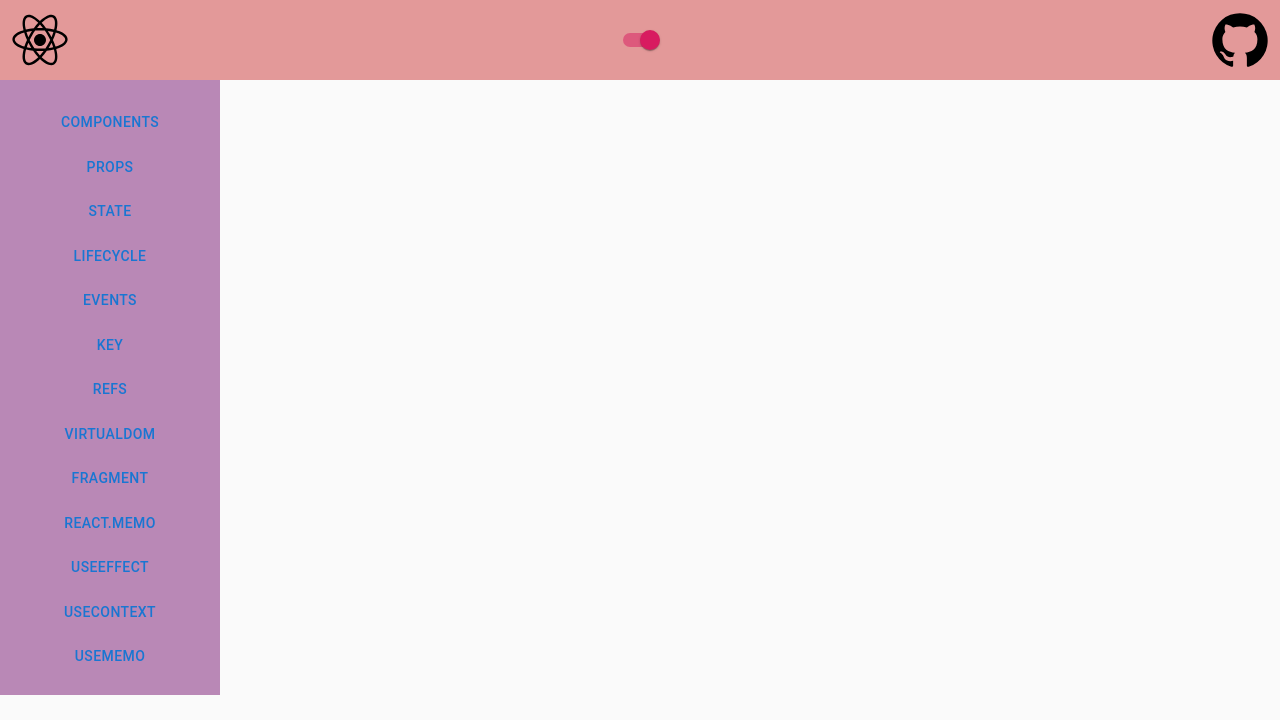
Repository: savannaaaas/reactDocumentation
Page: /topic
These files come from the project's save history. The page is drawn as it stood at one moment and after the next save; the edit follows.
The browser window is 1280 px wide. The pictures show the whole page.
The project was rebuilt for these pictures with package versions that can differ from the ones it lists, and the page was loaded fresh each time. Also part of the build but not shown: vite.config.js, src/pages/welcomePage/WelcomeButton/WelcomeButton.jsx, src/pages/welcomePage/Content/ContentWelcome.jsx, src/pages/welcomePage/WelcomePage.jsx, src/pages/componentPage/ComponentPage.jsx.

Above is the page before, as saved 2025-07-19 16:59:28.

### index.html
<!DOCTYPE html>
<html lang="en" data-theme="light">
  <head>
    <meta charset="UTF-8" />
    <link rel="icon" type="image/svg+xml" href="/vite.svg" />
    <meta name="viewport" content="width=device-width, initial-scale=1.0" />
    <title>NoteBook</title>
  </head>
  <body>
    <div id="root"></div>
    <script type="module" src="/src/main.jsx"></script>
  </body>
</html>

### src/main.jsx
import { StrictMode } from "react";
import { createRoot } from "react-dom/client";
import App from "./App.jsx";
import { ThemeProvider } from "./providers/ThemeProvider.jsx";
import "./index.scss";
import { BrowserRouter } from "react-router";

createRoot(document.getElementById("root")).render(
  <StrictMode>
    <ThemeProvider>
      <BrowserRouter>
        <App />
      </BrowserRouter>
    </ThemeProvider>
  </StrictMode>
);

### src/App.jsx
import { Routes, Route } from "react-router";

import { WelcomePage } from "./pages/welcomePage/WelcomePage";
import { TopicPage } from "./pages/topicPage/TopicPage";
import { ComponentPage } from "./pages/componentPage/ComponentPage";

import "./index.scss";

function App() {
  return (
    <Routes>
      <Route path="/" element={<WelcomePage />} />
      <Route path="/topic" element={<TopicPage />}>
        <Route path="components" element={<ComponentPage />} />
      </Route>
    </Routes>
  );
}

export default App;

### src/providers/ThemeProvider.jsx
import { useEffect, useState } from "react";
import { themes, ThemeContext } from "../contexts/ThemeContext";
const getTheme = () => {
  const theme = `${window?.localStorage.getItem("theme")}`; //получаем тему из хранилища
  if (Object.values(themes).includes(theme)) {
    //если тема такая есть возвращаем
    return theme;
  } //если в хранилище нет смотрим какую тему пользователь предпочитает
  const userMedia = window.matchMedia("(prefers-color-scheme: light)"); //проверяем предпочитает пользователь светлую тему если да возвр
  if (userMedia.matches) return themes.light;
  return themes.dark; //иначе темная
};
export const ThemeProvider = ({ children }) => {
  const [theme, setTheme] = useState(getTheme);
  useEffect(() => {
    document.documentElement.dataset.theme = theme; // добавляем атрибут data-theme на <html>
    localStorage.setItem("theme", theme); //устанавливаем и сохраняем текущую тему
  }, [theme]);
  return (
    <ThemeContext.Provider value={{ theme, setTheme }}>
      {children}
    </ThemeContext.Provider>
  );
};

### src/index.scss
*{
  padding: 0;
  margin: 0;
  box-sizing: border-box;
}
body {
  background-color: var(--background-color);
}

:root[data-theme="light"] {
  --background-color: #fafafa;
}

:root[data-theme="dark"] {
  --background-color: #313139;
}

### src/pages/topicPage/TopicPage.jsx
import { Header } from "../welcomePage/Header/Header";
import { Navigation } from "../../components/Navigation/Navigation";
export const TopicPage = () => {
  return (
    <>
      <Header />
      <Navigation />
    </>
  );
};

### src/contexts/ThemeContext.jsx
import { createContext } from "react";
export const themes = {
  dark: "dark",
  light: "light",
};

export const ThemeContext = createContext({});

### src/pages/welcomePage/Header/Header.jsx
import { useContext } from "react";
import GitHubIcon from "@mui/icons-material/GitHub";
import reactLogo from "../../../assets/react.svg";
import { Image } from "../../../components/Image/Image";
import { Toggle } from "../../../components/Toggle/Toggle";
import "../index.scss";

export const Header = () => {
  return (
    <div className="header">
      <Image src={reactLogo} alt="React logo" style={{ width: "60px" }} />
      <Toggle />
      <GitHubIcon sx={{ fontSize: "60px" }} />
    </div>
  );
};

### src/pages/welcomePage/index.scss
$light-color: rgb(242, 118, 138);
$dark-color : #ffffff;

.header {
  background-color: rgb(227, 153, 153);
  display: flex;
  flex-direction: row;
  align-items: center;
  justify-content: space-between;
  padding: 10px;
  width: 100%;
}


.base-content {
  position: relative;
  display: flex;
  flex-direction: column;
  justify-content: center;
  align-items: center;
  gap: 100px;
  color: rgb(242, 118, 138);

  p {
    a {
      color: rgb(242, 118, 138);
      text-decoration: none;
    }
  }
}


.welcome-page {
  position: relative;
  display: flex;
  flex-direction: column;
  gap: 100px;
  justify-content: center;
  align-items: center;
}

.welcome-button{
  padding: 10 30px;
  width: 170px;
  border-radius: 30px;
}
[data-theme="light"] {
  .base-content {
    color: $light-color;

    p {
      a {
        color: $light-color;
      }
    }
  }
  .welcome-button{
    background-color: rgb(245, 60, 91);
    color: white;
  }
}

[data-theme="dark"] {
  .base-content {
    color: $dark-color;

    p {
      a {
        color: $dark-color;
      }
    }
  }
  .welcome-button{
    background-color: white;
    color: rgb(245, 60, 91);
  }
}

### src/components/Navigation/Navigation.jsx
import { Button } from "../Button/Button";
import "./index.scss";
import { Box, List, ListItem } from "@mui/material";
import { NavLink } from "react-router";

export const Navigation = () => {
  return (
    <Box
      className="list"
      sx={{
        maxHeight: "615px",
        overflowY: "auto",
        width: "220px",
        p: 2,
        height: "200vh",
        top: "80px",
        left: 0,
        position: "fixed",
      }}
    >
      <List sx={{ display: "flex", flexDirection: "column", gap: 1 }}>
        <ListItem disablePadding>
          <Button component={NavLink} to="/topic/components" fullWidth>
            Components
          </Button>
        </ListItem>
        <ListItem disablePadding>
          <Button component={NavLink} to="/topic/props" fullWidth>
            Props
          </Button>
        </ListItem>
        <ListItem disablePadding>
          <Button component={NavLink} to="/topic/state" fullWidth>
            State
          </Button>
        </ListItem>
        <ListItem disablePadding>
          <Button component={NavLink} to="/topic/lifecycle" fullWidth>
            Lifecycle
          </Button>
        </ListItem>
        <ListItem disablePadding>
          <Button component={NavLink} to="/topic/events" fullWidth>
            Events
          </Button>
        </ListItem>
        <ListItem disablePadding>
          <Button component={NavLink} to="/topic/key" fullWidth>
            Key
          </Button>
        </ListItem>
        <ListItem disablePadding>
          <Button component={NavLink} to="/topic/refs" fullWidth>
            Refs
          </Button>
        </ListItem>
        <ListItem disablePadding>
          <Button component={NavLink} to="/topic/virtual-dom" fullWidth>
            VirtualDOM
          </Button>
        </ListItem>
        <ListItem disablePadding>
          <Button component={NavLink} to="/topic/fragment" fullWidth>
            Fragment
          </Button>
        </ListItem>
        <ListItem disablePadding>
          <Button component={NavLink} to="/topic/react-memo" fullWidth>
            React.Memo
          </Button>
        </ListItem>
        <ListItem disablePadding>
          <Button component={NavLink} to="/topic/useEffect" fullWidth>
            useEffect
          </Button>
        </ListItem>
        <ListItem disablePadding>
          <Button component={NavLink} to="/topic/useContext" fullWidth>
            useContext
          </Button>
        </ListItem>
        <ListItem disablePadding>
          <Button component={NavLink} to="/topic/useMemo" fullWidth>
            useMemo
          </Button>
        </ListItem>
        <ListItem disablePadding>
          <Button component={NavLink} to="/topic/router" fullWidth>
            Router
          </Button>
        </ListItem>
      </List>
    </Box>
  );
};

### src/components/Button/Button.jsx
import ButtonCustom from "@mui/material/Button";
export const Button = ({ children, ...props }) => {
  return <ButtonCustom {...props}>{children}</ButtonCustom>;
};

### src/components/Image/Image.jsx
export const Image = ({ children, ...props }) => {
  return <img {...props}>{children}</img>;
};

### src/components/Toggle/Toggle.jsx
import { useContext } from "react";
import { ThemeContext } from "../../contexts/ThemeContext";
import { alpha, styled } from "@mui/material/styles";
import { grey, pink } from "@mui/material/colors";
import { themes } from "../../contexts/ThemeContext";
import Switch from "@mui/material/Switch";
export const Toggle = () => {
  const { theme, setTheme } = useContext(ThemeContext);
  const ThemeSwitch = styled(Switch)(({ theme }) => ({
    "& .MuiSwitch-switchBase": {
      color: grey[600],
      "&:hover": {
        backgroundColor: alpha(grey[600], theme.palette.action.hoverOpacity),
      },
    },
    "& .MuiSwitch-track": {
      backgroundColor: grey[600],
    },
    "& .MuiSwitch-switchBase.Mui-checked": {
      color: pink[600],
      "&:hover": {
        backgroundColor: alpha(pink[600], theme.palette.action.hoverOpacity),
      },
    },
    "& .MuiSwitch-switchBase.Mui-checked + .MuiSwitch-track": {
      backgroundColor: pink[600],
    },
  }));
  const handleChange = () => {
    if (theme === themes.light) setTheme(themes.dark);
    if (theme === themes.dark) setTheme(themes.light);
  };
  return (
    <ThemeSwitch checked={theme == themes.light} onChange={handleChange} />
  );
};

### src/components/Navigation/index.scss
[data-theme="light"] {
  .list{
    background-color:#b988b6;
  }
}

[data-theme="dark"] {
  .list{
background-color:#ffa8fc
  }
}

After the next save:
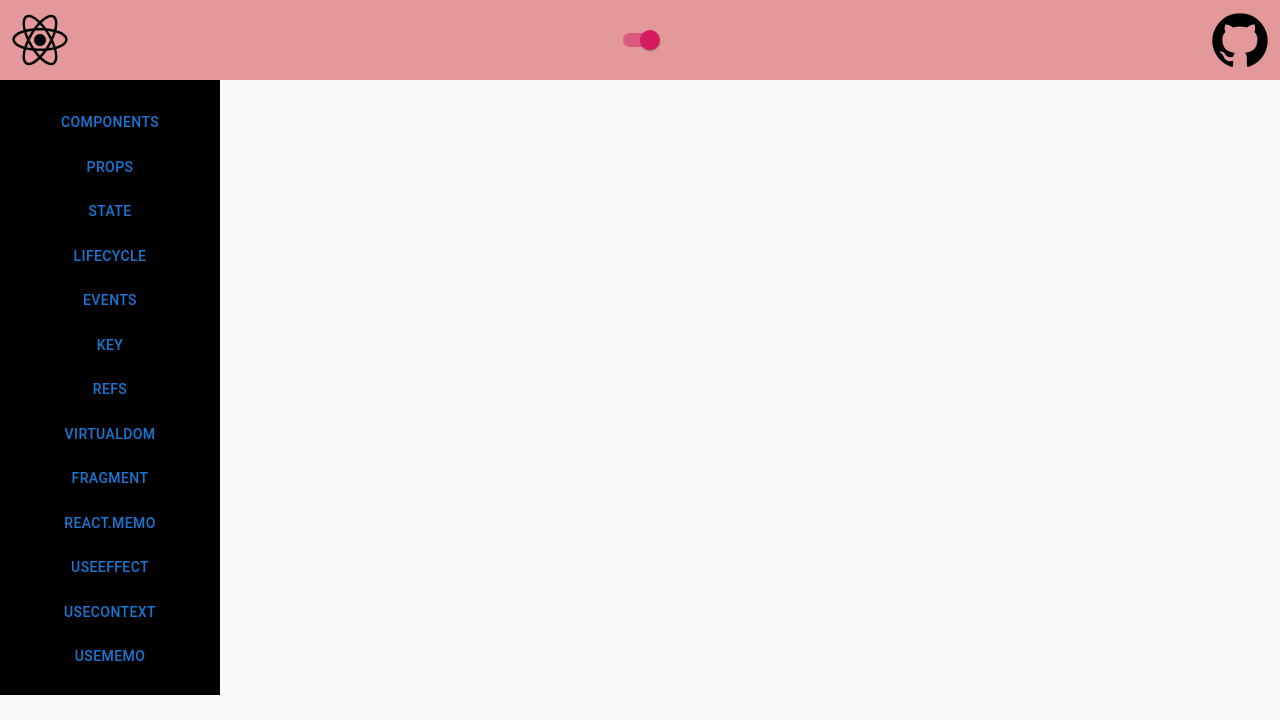
Saved 8 s later.
--- a/src/components/Navigation/index.scss
+++ b/src/components/Navigation/index.scss
@@ -1,6 +1,6 @@
 [data-theme="light"] {
   .list{
-    background-color:#b988b6;
+    background-color:#000000;
   }
 }
 
